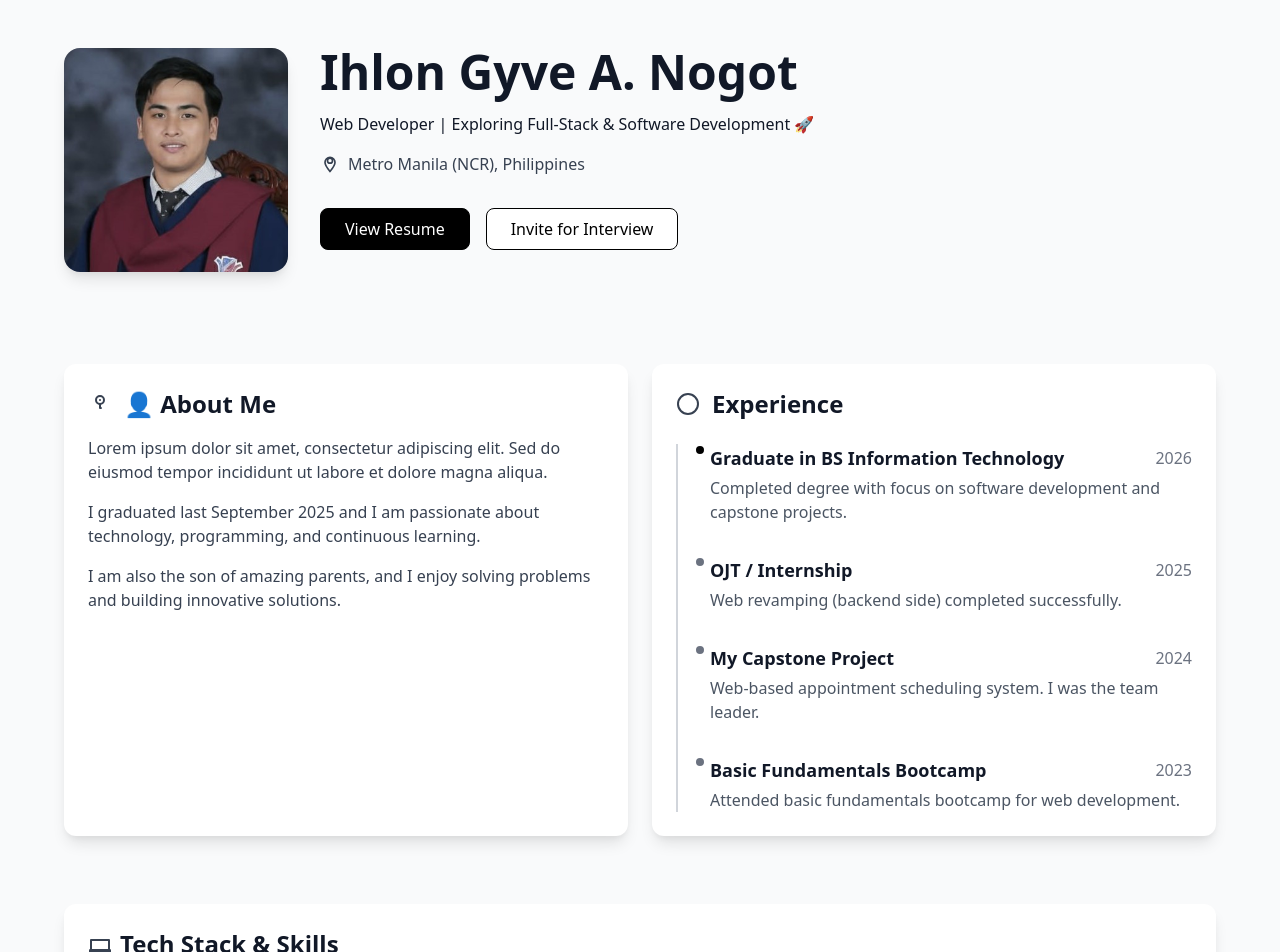
Repository: MeekSharkdev/cv-portfolio
Page: index.html
These files come from the project's save history. The page is drawn as it stood at one moment and after the next save; the edit follows.
The browser window is 1280 px wide. The pictures show the part of the page from y = 0 to 952 px (the page is 2552 px tall).
A picture or video elsewhere on the page could not be fetched, so the positions and the page height are approximate.

Above is the page before, as saved 2026-01-31 20:10:39.
Not found: styles.css

After the next save:
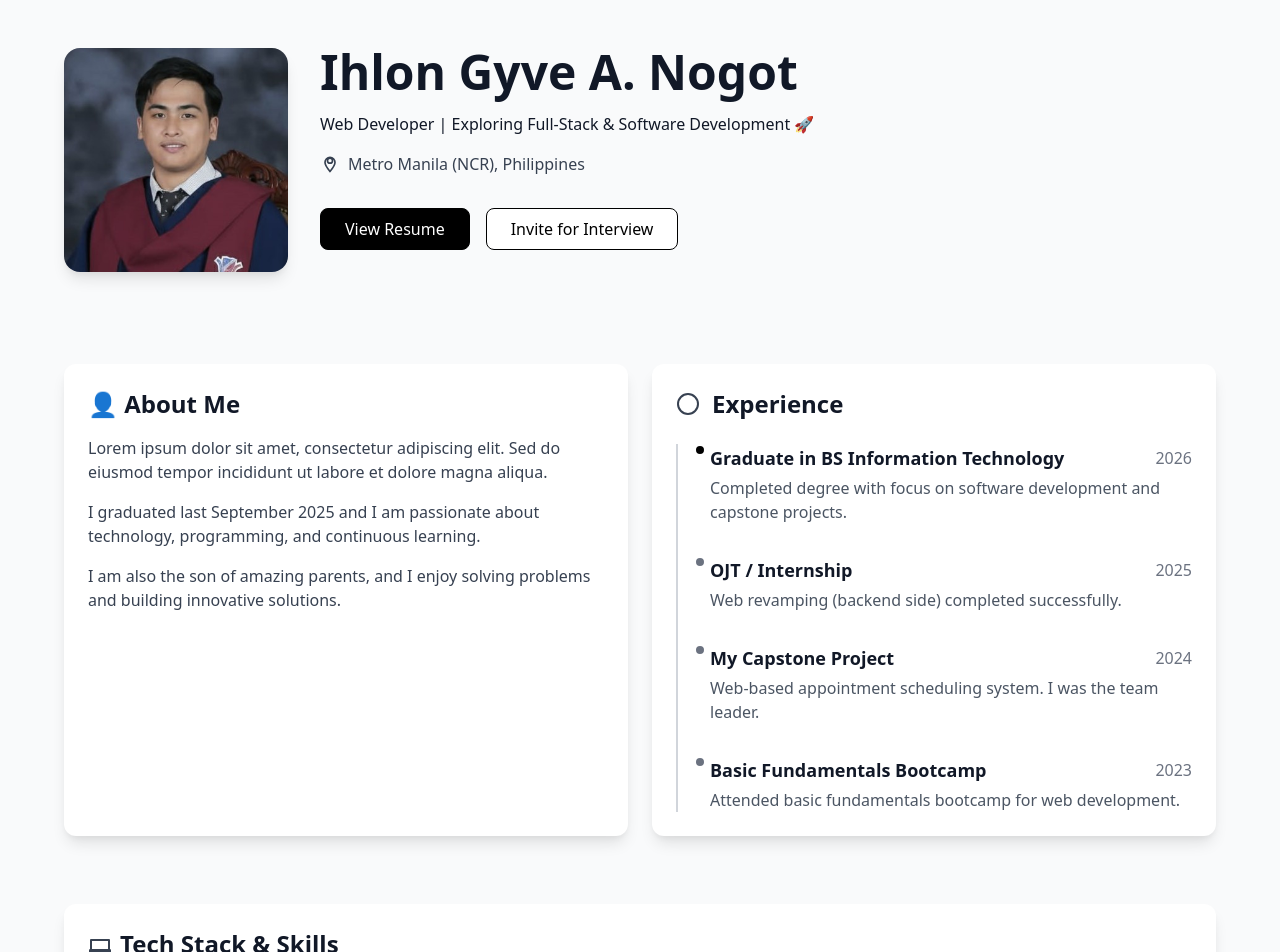
Saved 27 s later.
--- a/index.html
+++ b/index.html
@@ -77,12 +77,6 @@
         <div class="md:w-1/2 p-6 bg-white rounded-xl shadow-lg shadow-gray-300/20">
             <!-- Header with Icon -->
             <div class="flex items-center gap-3 mb-4">
-                <!-- About Icon -->
-                <svg xmlns="http://www.w3.org/2000/svg" class="h-6 w-6 text-gray-700" fill="none" viewBox="0 0 24 24"
-                    stroke="currentColor">
-                    <path stroke-linecap="round" stroke-linejoin="round" stroke-width="2"
-                        d="M13 16h-1v-4h-1m1-4h.01M12 12h.01M12 12a4 4 0 110-8 4 4 0 010 8z" />
-                </svg>
                 <h2 class="text-2xl font-semibold">👤 About Me</h2>
             </div>
 
